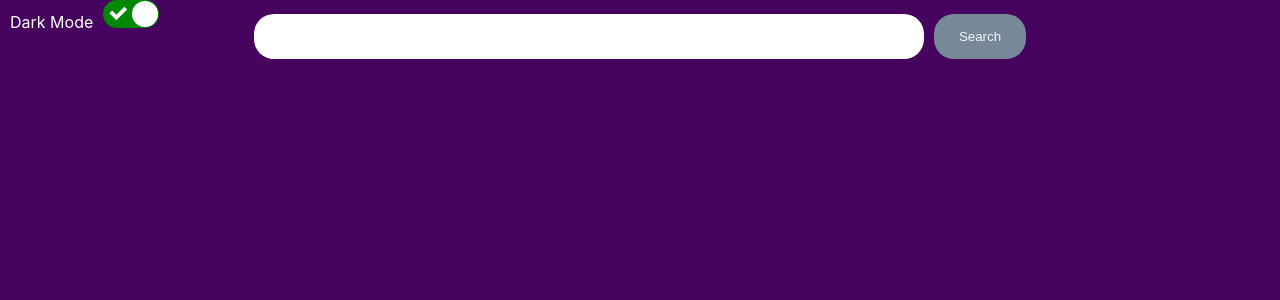
Repository: HunterX-21/Recipe-webApp
Page: /
The author's editor kept a copy of each file at every save. The page is drawn from the files as they stood at one save, then again after the next save.
The browser window is 1280 px wide. The pictures show the whole page.
The page's requests for data from a server got no answer. The project was rebuilt for these pictures with package versions that can differ from the ones it lists, and the page was loaded fresh each time. No one was signed in, and anything a server would have sent is missing. Also part of the build but not shown: src/recipe.module.css, src/Recipes.js.

Above is the page before, as saved 2022-07-07 19:16:01.

After the next save:
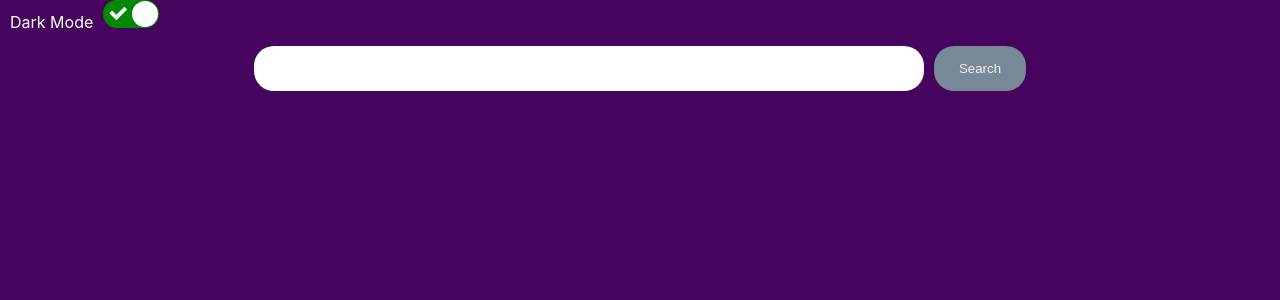
Saved 73 s later.
--- a/src/App.js
+++ b/src/App.js
@@ -46,12 +46,11 @@ const App = () => {
   return (
     <ThemeContext.Provider value={{ theme, toggleTheme }}>
       <div className="body" id={theme}>
-        <header>
-          <div className="switch">
-            <label>{theme === "light" ? "Light Mode" : "Dark Mode"}</label>
-            <ReactSwitch onChange={toggleTheme} checked={theme === "dark"} />
-          </div>
-        </header>
+        <header></header>
+        <div className="switch">
+          <label>{theme === "light" ? "Light Mode" : "Dark Mode"}</label>
+          <ReactSwitch onChange={toggleTheme} checked={theme === "dark"} />
+        </div>
         <form onSubmit={getSearch} className="search-form">
           <input
             className="search-bar"
